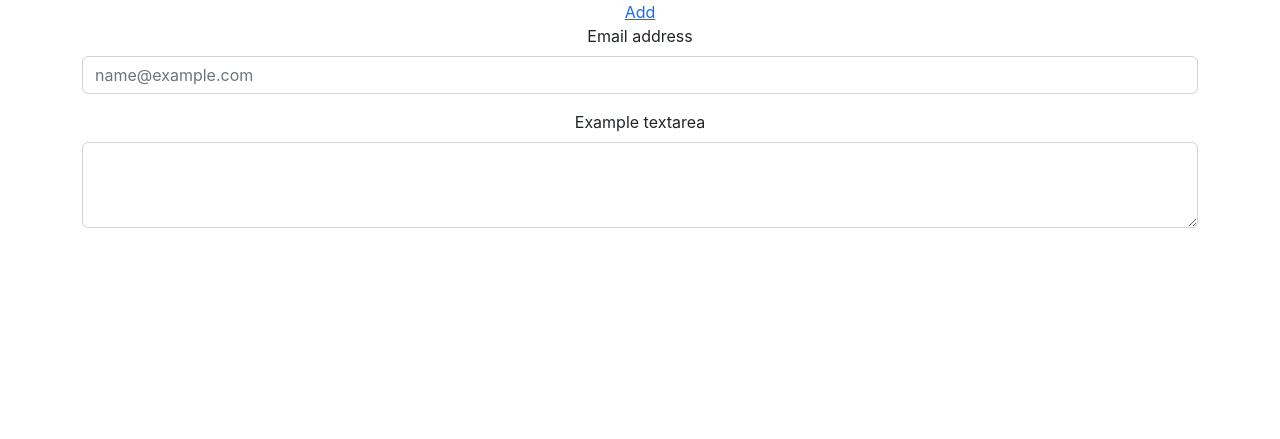
Repository: MagdyAbouelnasr/scandiweb_project
Page: /addproduct
The author's editor kept a copy of each file at every save. The page is drawn from the files as they stood at one save, then again after the next save.
The browser window is 1280 px wide. The pictures show the whole page.
The project was rebuilt for these pictures with package versions that can differ from the ones it lists, and the page was loaded fresh each time. Also part of the build but not shown: src/components/Prouct-style.scss, src/components/Product.css, src/components/ProductList.js.

Above is the page before, as saved 2023-05-04 12:24:04.

After the next save:
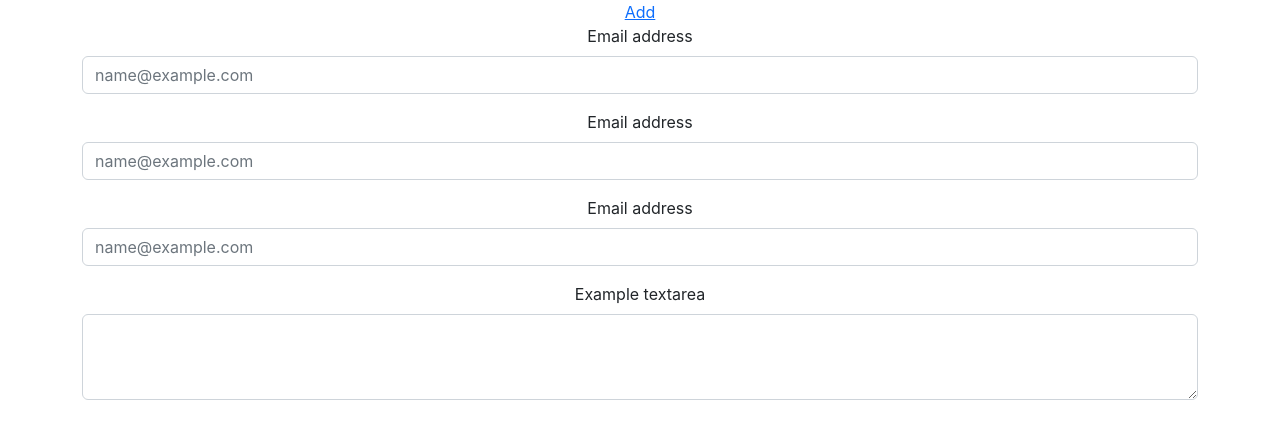
Saved 2 min 41 s later.
--- a/src/components/ProductAdd.js
+++ b/src/components/ProductAdd.js
@@ -3,6 +3,14 @@ import Form from 'react-bootstrap/Form';
 function ProductAdd() {
   return (
     <Form>
+      <Form.Group className="mb-3" controlId="exampleForm.ControlInput1">
+        <Form.Label>Email address</Form.Label>
+        <Form.Control type="email" placeholder="name@example.com" />
+      </Form.Group>
+      <Form.Group className="mb-3" controlId="exampleForm.ControlInput1">
+        <Form.Label>Email address</Form.Label>
+        <Form.Control type="email" placeholder="name@example.com" />
+      </Form.Group>
       <Form.Group className="mb-3" controlId="exampleForm.ControlInput1">
         <Form.Label>Email address</Form.Label>
         <Form.Control type="email" placeholder="name@example.com" />
